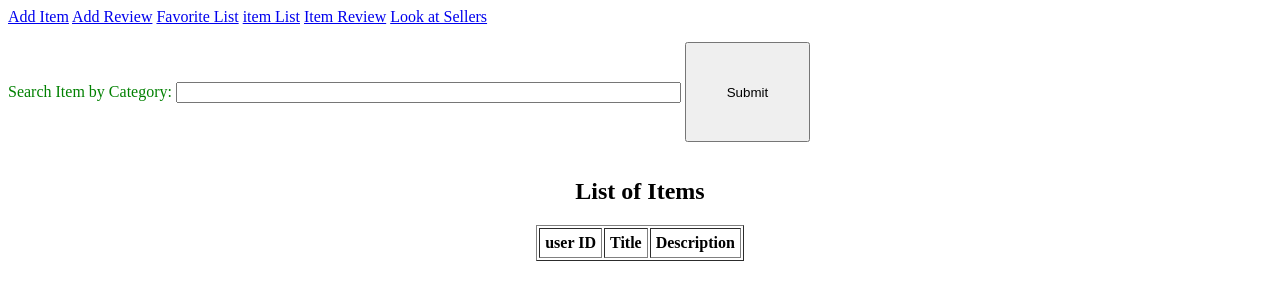
Repository: HamdanM/DatabaseProject
Page: http://localhost/DB3/search.jsp
These files come from the project's save history. The page is drawn as it stood at one moment and after the next save; the edit follows.
The browser window is 1280 px wide. The pictures show the whole page.
The page is served by Tomcat 9. Other server files are loaded and not shown. The template is opened directly, without the code that normally fills it, so the values that code supplies are empty.

Above is the page before, as saved 2019-07-25 00:12:38.

### DB3/WebContent/search.jsp
<%@ page language="java" contentType="text/html; charset=ISO-8859-1"
    pageEncoding="ISO-8859-1"%>
  <%@ taglib prefix="c" uri="http://java.sun.com/jsp/jstl/core" %>
<!DOCTYPE html PUBLIC "-//W3C//DTD HTML 4.01 Transitional//EN" "http://www.w3.org/TR/html4/loose.dtd">
<html>
<head>
<meta charset="UTF-8">
<title>Insert title here</title>
</head>
<body>
<a href="addItem.jsp">Add Item</a>
<a href="addReview.jsp">Add Review</a>
<a href="favlist">Favorite List</a>
<a href="list">item List</a>
<a href="itemReview">Item Review</a>
<a href="sellers">Look at Sellers</a>

 <form action="search" method="post">
        <input type="hidden" name="action"" >
        <p style="color:green"><label>Search Item by Category: <input
                    type="text" name="Category"
                    size="60" maxlength="70" />
          <input style="height:100px;width:125px" type="submit" name="submit" value="Submit" />

            </label></p>
 </form>

<div align="center">
        <table border="1" cellpadding="5">
            <caption><h2>List of Items</h2></caption>
            <tr>
                <th>user ID</th>
                <th>Title</th>
                <th>Description</th>

            </tr>
            <c:forEach var="it" items="${itemsList}">
                <tr>
                    <td><c:out value="${it.getItemid()}" /></td>
                    <td><c:out value="${it.getTitle()}" /></td>
                    <td><c:out value="${it.getDescription()}" /></td>

                </tr>
            </c:forEach>
        </table>
    </div>

</body>
</html>

After the next save:
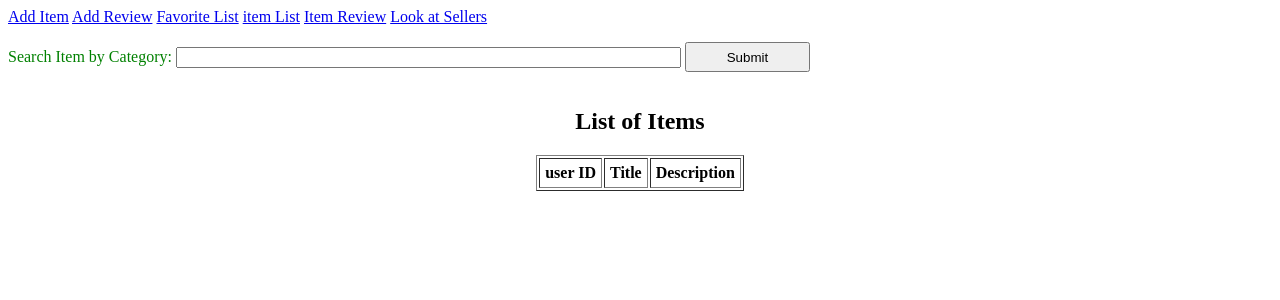
Saved 14 s later.
--- a/DB3/WebContent/search.jsp
+++ b/DB3/WebContent/search.jsp
@@ -20,7 +20,7 @@
         <p style="color:green"><label>Search Item by Category: <input
                     type="text" name="Category"
                     size="60" maxlength="70" />
-          <input style="height:100px;width:125px" type="submit" name="submit" value="Submit" />
+          <input style="height:30px;width:125px" type="submit" name="submit" value="Submit" />
 
             </label></p>
  </form>
